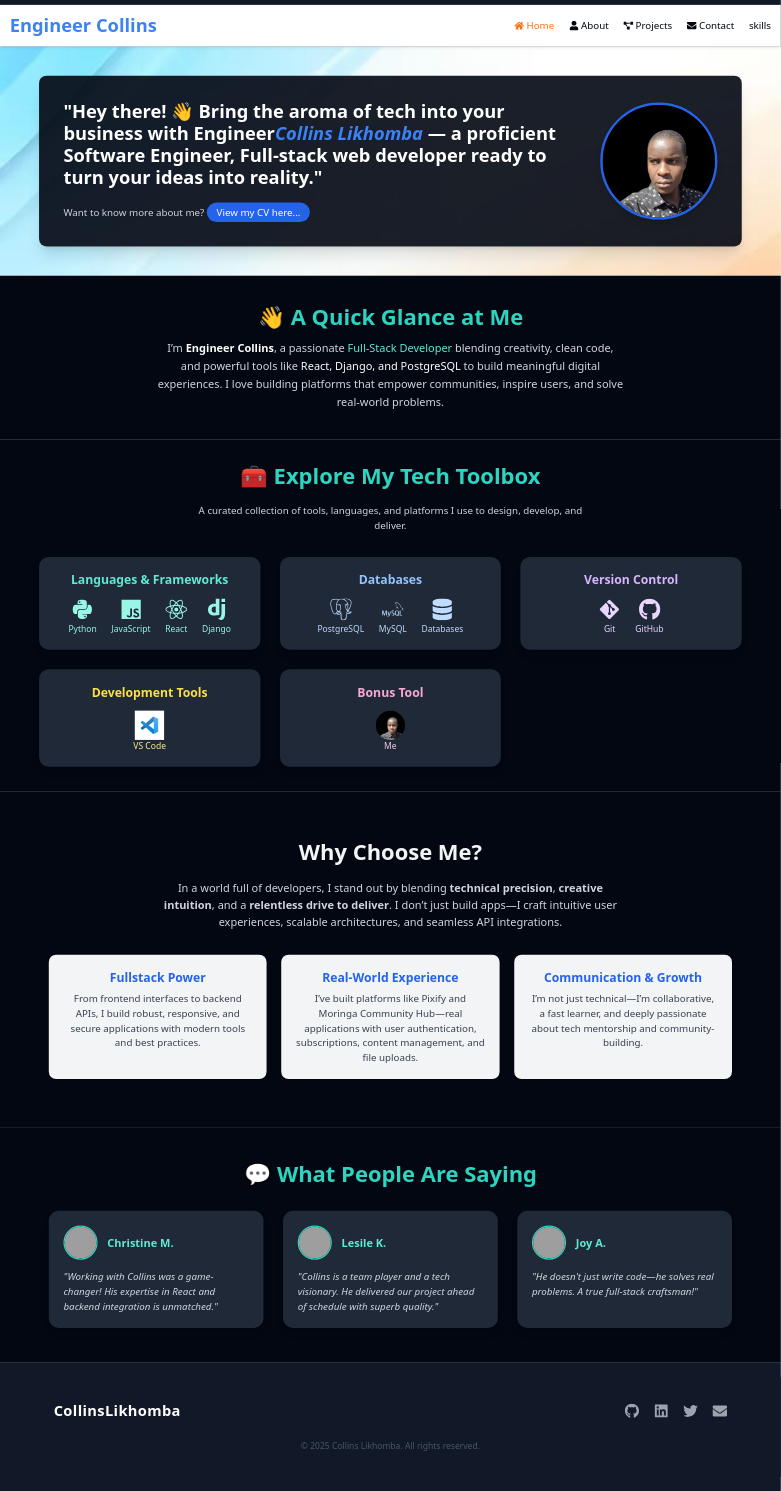
Repository: Engineer-collo/Portfolio
Page: /
These files come from the project's save history. The page is drawn as it stood at one moment and after the next save; the edit follows.
The browser window is 1280 px wide. The pictures show the whole page, at 61% of full size.
Pictures or frames that could not be fetched are drawn as grey boxes. The project was rebuilt for these pictures with package versions that can differ from the ones it lists, and the page was loaded fresh each time. Also part of the build but not shown: vite.config.js, src/pages/About.jsx, src/pages/Projects.jsx, src/pages/Contact.jsx, src/pages/Blog.jsx, src/pages/Skills.jsx.

Above is the page before, as saved 2025-06-10 18:28:43.

### index.html
<!DOCTYPE html>
<html lang="en">
<head>
  <meta charset="UTF-8">
  <meta name="viewport" content="width=device-width, initial-scale=1.0">
  <title>Portfolio</title>
</head>
<body class="bg-gray-100">
  <div id="root"></div>
  <script type="module" src="/src/main.jsx"></script>
</body>
</html>

### src/main.jsx
import React from 'react'
import ReactDOM from 'react-dom/client'
import './index.css'
import App from './App'

ReactDOM.createRoot(document.getElementById('root')).render(
  <React.StrictMode>
    <App />
  </React.StrictMode>,
)

### src/App.jsx
import { BrowserRouter as Router, Route, Routes } from "react-router-dom";
import HomePage from "./pages/HomePage";
import About from "./pages/About";
import Project from "./pages/Projects";
import Contact from "./pages/Contact";
import Blog from "./pages/Blog";
import Skills from "./pages/Skills";

function App() {
  return (
    <Router>

      <Routes>
        <Route path="/" element={<HomePage />} />
        <Route path="/about" element={<About />} />
        <Route path="/projects" element={<Project />} />
        <Route path="/contact" element={<Contact />} />
        <Route path="/skills" element={<Skills />} />
        <Route path="/blog" element={<Blog />} />


      </Routes>
    </Router>
  );
}

export default App;

### src/pages/HomePage.jsx
import React from 'react';
import Navbar from '../components/Navbar';
import Footer from './Footer';
import TechStackToolbox from './TechStackToolbox'
import Testimonials from './Testimonials';
import AboutMeSummary from './AboutMeSummary';


const HomePage = () => {
  return (
    <div className="text-gray-800 font-sans min-h-screen flex flex-col">
      {/* Navbar */}
      <header className="bg-gray-900 text-white shadow">
        <Navbar />
      </header>

      {/* Hero Section */}
      <section
        className="pt-12 pb-12 flex-grow flex justify-center items-center px-4
                   bg-[url('/bg.png')] bg-cover bg-center bg-no-repeat"
      >
        <div className="flex flex-col md:flex-row items-center
                        text-center md:text-left gap-10
                        bg-gray-950 bg-opacity-90 p-6 md:p-10 rounded-xl shadow-xl
                        max-w-6xl w-full">
          {/* Text Side */}
          <div className="flex-1">
            {/* <h2 className="text-4xl sm:text-5xl font-bold mb-4 text-white">
              Hi, I'm <span className="text-blue-500">Collins Likhomba</span>. 👋
            </h2>
            <p className="text-lg sm:text-xl text-gray-300 mb-6">
              A Fullstack Web Developer | React & Tailwind CSS Expert
            </p> */}
            <h1 className='text-white font-bold text-3xl'>
            "Hey there! 👋 Bring the aroma of tech into your business with Engineer
            <span><i className='text-blue-500'>Collins Likhomba</i></span> — a proficient Software Engineer, Full-stack web developer ready to turn your ideas into reality."


            </h1>
            <p className="pt-6  text-gray-300">
              Want to know more about me?&nbsp;
              <a
                href="https://my-cv-henna-beta.vercel.app/"
                className="inline-block bg-blue-600 text-white px-4 py-1 rounded-full hover:bg-blue-700 transition"
                target="_blank"
                rel="noopener noreferrer"
              >
                View my CV here...
              </a>
            </p>
          </div>

          {/* Image Side */}
          <div className="flex-shrink-0 w-36 h-36 sm:w-48 sm:h-48 rounded-full border-4 border-blue-600 shadow-lg overflow-hidden">
            <img
              src="/picture.png"
              alt="Profile"
              className="w-full h-full object-cover"
            />
          </div>
        </div>
      </section>

      <AboutMeSummary />
      <TechStackToolbox />

      {/* Why Choose Me Section */}
      <section className="bg-gray-950 py-20 px-6 md:px-20 text-center">
        <h2 className="text-4xl font-bold text-gray-100 mb-6">Why Choose Me?</h2>
        <p className="max-w-3xl mx-auto text-gray-300 text-lg mb-10">
          In a world full of developers, I stand out by blending <strong>technical precision</strong>,{" "}
          <strong>creative intuition</strong>, and a <strong>relentless drive to deliver</strong>. I don’t just build apps—I craft{" "}
          intuitive user experiences, scalable architectures, and seamless API integrations.
        </p>
        <div className="grid md:grid-cols-3 gap-6 max-w-6xl mx-auto">
          <div className="bg-gray-100 p-6 rounded-xl shadow hover:shadow-lg transition">
            <h3 className="text-xl font-semibold mb-2 text-blue-600">Fullstack Power</h3>
            <p className="text-gray-700">
              From frontend interfaces to backend APIs, I build robust, responsive, and secure applications
              with modern tools and best practices.
            </p>
          </div>
          <div className="bg-gray-100 p-6 rounded-xl shadow hover:shadow-lg transition">
            <h3 className="text-xl font-semibold mb-2 text-blue-600">Real-World Experience</h3>
            <p className="text-gray-700">
              I’ve built platforms like Pixify and Moringa Community Hub—real applications with user authentication,
              subscriptions, content management, and file uploads.
            </p>
          </div>
          <div className="bg-gray-100 p-6 rounded-xl shadow hover:shadow-lg transition">
            <h3 className="text-xl font-semibold mb-2 text-blue-600">Communication & Growth</h3>
            <p className="text-gray-700">
              I’m not just technical—I’m collaborative, a fast learner, and deeply passionate about tech mentorship
              and community-building.
            </p>
          </div>
        </div>
      </section>

      <Testimonials />

      {/* Footer */}
      <footer className="bg-gray-900 text-white text-center py-6 mt-auto">
        <Footer />
      </footer>
    </div>
  );
};

export default HomePage;

### src/components/Navbar.jsx
import React, { useState } from 'react';
import { Link } from 'react-router-dom';
import { FaBars, FaTimes, FaUser, FaProjectDiagram, FaEnvelope, FaHome } from 'react-icons/fa';

const Navbar = () => {
  const [isOpen, setIsOpen] = useState(false);

  const toggleMenu = () => setIsOpen(!isOpen);

  return (
    <header className="mt-2 bg-white shadow-md relative z-50">
      {/* <div className=' text-2xl pt-12 flex'>
      <img className='pl-12 h-8' src="/call.png" alt="Call Icon" />
         <h1 className='text-black'>
         <a target='_blank' href="tel:+254743250838" className="hover:underline">+254 743 250 838</a>
         </h1>
         <img className='pl-12 h-8' src="/email.png" alt="Call Icon" />
         <p className='text-black '>
         <a target='_blank' href="mailto:collinslikhomba@gmail.com" className="hover:underline">collinslikhomba@gmail.com</a>
          </p>
X      </div> */}
      <div className="max-w-7xl mx-auto px-4 py-4 flex justify-between items-center">
        <h1 className="text-3xl font-bold text-gray-950">
          <Link to="/" className="hover:text-blue-500 transition">
            <span className="text-blue-500">Engineer Collins</span>
          </Link>
        </h1>

        {/* Desktop nav */}
        <nav className="space-x-6 hidden md:flex text-gray-950">
          <Link to="/" className="flex items-center gap-1 hover:text-blue-500 transition text-orange-500"><FaHome /> Home</Link>
          <Link to="/about" className="flex items-center gap-1 hover:text-blue-500 transition"><FaUser /> About</Link>
          <Link to="/projects" className="flex items-center gap-1 hover:text-blue-500 transition"><FaProjectDiagram /> Projects</Link>
          <Link to="/contact" className="flex items-center gap-1 hover:text-blue-500 transition"><FaEnvelope /> Contact</Link>
          <Link to="/skills" className="flex items-center gap-1 hover:text-blue-500 transition"> skills</Link>

        </nav>

        {/* Mobile menu toggle */}
        <div className="md:hidden">
          <button onClick={toggleMenu} className="text-gray-950 focus:outline-none">
            {isOpen ? <FaTimes className="h-6 w-6" /> : <FaBars className="h-6 w-6" />}
          </button>
        </div>
      </div>

      {/* Mobile nav links */}
      {isOpen && (

        <div className="fixed top-0 left-0 h-screen w-3/4 bg-white z-50 shadow-lg px-6 py-8 md:hidden">
          <button onClick={toggleMenu} className="absolute top-4 right-4 text-gray-950">
            <FaTimes className="h-6 w-6" />
          </button>
          <nav className="space-y-6 mt-10 text-gray-950 text-lg">
            <Link to="/" onClick={toggleMenu} className="flex items-center gap-2 hover:text-blue-500"><FaHome /> Home</Link>
            <Link to="/about" onClick={toggleMenu} className="flex items-center gap-2 hover:text-blue-500"><FaUser /> About</Link>
            <Link to="/projects" onClick={toggleMenu} className="flex items-center gap-2 hover:text-blue-500"><FaProjectDiagram /> Projects</Link>
            <Link to="/contact" onClick={toggleMenu} className="flex items-center gap-2 hover:text-blue-500"><FaEnvelope /> Contact</Link>
          </nav>
        </div>
      )}
    </header>
  );
};

export default Navbar;

### src/pages/Footer.jsx
import React from 'react';
import { FaGithub, FaLinkedin, FaTwitter, FaEnvelope } from 'react-icons/fa';

const Footer = () => {
  return (
    <footer className="bg-gray-900 text-gray-300 py-10">
      <div className="max-w-6xl mx-auto px-6 flex flex-col md:flex-row justify-between items-center space-y-6 md:space-y-0">

        {/* Logo or Name */}
        <div className="text-white text-2xl font-bold tracking-wide">
          CollinsLikhomba
        </div>


        {/* Social Icons */}
        <div className="flex space-x-6 text-gray-400">
          <a
            href="https://github.com/Engineer-collo?tab=repositories"
            target="_blank"
            rel="noopener noreferrer"
            aria-label="GitHub"
            className="hover:text-white transition"
          >
            <FaGithub size={24} />
          </a>
          <a
            href="https://www.linkedin.com/in/collins-likhomba-7b364730a/"
            target="_blank"
            rel="noopener noreferrer"
            aria-label="LinkedIn"
            className="hover:text-blue-600 transition"
          >
            <FaLinkedin size={24} />
          </a>
          <a
            href="https://x.com/CollinsLikhomba"
            target="_blank"
            rel="noopener noreferrer"
            aria-label="Twitter"
            className="hover:text-blue-400 transition"
          >
            <FaTwitter size={24} />
          </a>
          <a
            href="mailto:collinslikhomba@gmail.com"
            aria-label="Email"
            className="hover:text-red-500 transition"
            target='_blank'
          >
            <FaEnvelope size={24} />
          </a>
        </div>
      </div>

      {/* Bottom copyright */}
      <div className="text-center text-gray-600 text-sm mt-8">
        &copy; {new Date().getFullYear()} Collins Likhomba. All rights reserved.
      </div>
    </footer>
  );
};

export default Footer;

### src/pages/TechStackToolbox.jsx
import {
    FaPython,
    FaJs,
    FaReact,
    FaGitAlt,
    FaGithub,
    FaDatabase,
  } from "react-icons/fa";
  import {
    SiDjango,
    SiPostgresql,
    SiMysql,

  } from "react-icons/si";

  export default function TechStackToolbox() {
    return (
      <div className="bg-gray-950 text-white py-10 px-6 md:px-16">
        <h2 className="text-3xl md:text-4xl font-bold mb-6 text-center text-teal-400">
          🧰 Explore My Tech Toolbox
        </h2>
        <p className="text-center mb-10 text-gray-300 max-w-2xl mx-auto">
          A curated collection of tools, languages, and platforms I use to design,
          develop, and deliver.
        </p>

        <div className="grid grid-cols-1 md:grid-cols-2 lg:grid-cols-3 gap-8 text-center">

          {/* Languages & Frameworks */}
          <div className="bg-gray-800 rounded-2xl p-6 shadow-lg hover:shadow-teal-500/30 transition">
            <h3 className="text-xl font-semibold mb-4 text-teal-300">
              Languages & Frameworks
            </h3>
            <div className="flex justify-center gap-6 text-teal-200">
              <div className="flex flex-col items-center text-sm">
                <FaPython className="text-4xl mb-1" />
                <span>Python</span>
              </div>
              <div className="flex flex-col items-center text-sm">
                <FaJs className="text-4xl mb-1" />
                <span>JavaScript</span>
              </div>
              <div className="flex flex-col items-center text-sm">
                <FaReact className="text-4xl mb-1" />
                <span>React</span>
              </div>
              <div className="flex flex-col items-center text-sm">
                <SiDjango className="text-4xl mb-1" />
                <span>Django</span>
              </div>
            </div>
          </div>

          {/* Databases */}
          <div className="bg-gray-800 rounded-2xl p-6 shadow-lg hover:shadow-blue-500/30 transition">
            <h3 className="text-xl font-semibold mb-4 text-blue-300">Databases</h3>
            <div className="flex justify-center gap-6 text-blue-200">
              <div className="flex flex-col items-center text-sm">
                <SiPostgresql className="text-4xl mb-1" />
                <span>PostgreSQL</span>
              </div>
              <div className="flex flex-col items-center text-sm">
                <SiMysql className="text-4xl mb-1" />
                <span>MySQL</span>
              </div>
              <div className="flex flex-col items-center text-sm">
                <FaDatabase className="text-4xl mb-1" />
                <span>Databases</span>
              </div>
            </div>
          </div>

          {/* Version Control */}
          <div className="bg-gray-800 rounded-2xl p-6 shadow-lg hover:shadow-purple-500/30 transition">
            <h3 className="text-xl font-semibold mb-4 text-purple-300">
              Version Control
            </h3>
            <div className="flex justify-center gap-6 text-purple-200">
              <div className="flex flex-col items-center text-sm">
                <FaGitAlt className="text-4xl mb-1" />
                <span>Git</span>
              </div>
              <div className="flex flex-col items-center text-sm">
                <FaGithub className="text-4xl mb-1" />
                <span>GitHub</span>
              </div>
            </div>
          </div>

          {/* Development Tools */}
          <div className="bg-gray-800 rounded-2xl p-6 shadow-lg hover:shadow-yellow-500/30 transition">
            <h3 className="text-xl font-semibold mb-4 text-yellow-300">
              Development Tools
            </h3>
            <div className="flex justify-center gap-6 text-yellow-200">
              <div className="flex flex-col items-center text-sm">
                <img className="h-12" src="/vscode.png" alt="Vscode icon" />
                <span>VS Code</span>
              </div>
            </div>
          </div>

          {/* Bonus Tool */}
          <div className="bg-gray-800 rounded-2xl p-6 shadow-lg hover:shadow-pink-500/30 transition">
            <h3 className="text-xl font-semibold mb-4 text-pink-300">Bonus Tool</h3>
            <div className="flex justify-center gap-6 text-pink-200">
              <div className="flex flex-col items-center text-sm">
                <img
                  className="h-12 w-12 rounded-full object-cover"
                  src="picture.png"
                  alt="Profile"
                />
                <span>Me</span>
              </div>
            </div>
          </div>

        </div>
      </div>
    );
  }

### src/pages/Testimonials.jsx
export default function Testimonials() {
    const testimonials = [
      {
        name: "Christine M.",
        content: "Working with Collins was a game-changer! His expertise in React and backend integration is unmatched.",
        profile_pic: "https://randomuser.me/api/portraits/women/68.jpg",
      },
      {
        name: "Lesile K.",
        content: "Collins is a team player and a tech visionary. He delivered our project ahead of schedule with superb quality.",
        profile_pic: "https://randomuser.me/api/portraits/men/45.jpg",
      },
      {
        name: "Joy A.",
        content: "He doesn't just write code—he solves real problems. A true full-stack craftsman!",
        profile_pic: "https://randomuser.me/api/portraits/women/22.jpg",
      },
    ];

    return (
      <div className="bg-gray-950 text-white py-14 px-6 md:px-20">
        <h2 className="text-3xl md:text-4xl font-bold mb-10 text-center text-teal-400">
          💬 What People Are Saying
        </h2>

        <div className="grid grid-cols-1 md:grid-cols-2 lg:grid-cols-3 gap-8">
          {testimonials.map((testimonial, index) => (
            <div
              key={index}
              className="bg-gray-800 p-6 rounded-2xl shadow-lg hover:shadow-teal-500/30 transition transform hover:-translate-y-1 duration-300"
            >
              <div className="flex items-center gap-4 mb-4">
                <img
                  src={testimonial.profile_pic}
                  alt={testimonial.name}
                  className="w-14 h-14 rounded-full border-2 border-teal-400 object-cover"
                />
                <div>
                  <h4 className="text-lg font-semibold text-teal-300">{testimonial.name}</h4>
                </div>
              </div>
              <p className="text-gray-300 italic">"{testimonial.content}"</p>
            </div>
          ))}
        </div>
      </div>
    );
  }

### src/pages/AboutMeSummary.jsx
import React from 'react';

export default function AboutMeSummary() {
  return (
    <section className="bg-gray-950 text-white py-12 px-6 md:px-20 text-center">
      <div className="max-w-3xl mx-auto">
        <h2 className="text-3xl md:text-4xl font-bold text-teal-400 mb-4">
          👋 A Quick Glance at Me
        </h2>
        <p className="text-gray-300 text-lg leading-relaxed">
          I’m <span className="text-white font-semibold">Engineer Collins</span>, a passionate
          <span className="text-teal-300 font-medium"> Full-Stack Developer</span> blending creativity,
          clean code, and powerful tools like
          <span className="text-white font-medium"> React, Django, and PostgreSQL</span> to build
          meaningful digital experiences. I love building platforms that empower communities, inspire users,
          and solve real-world problems.
        </p>
      </div>
    </section>
  );
}

Loaded but not shown: src/index.css (common file); tailwind.config.js (common file)

After the next save:
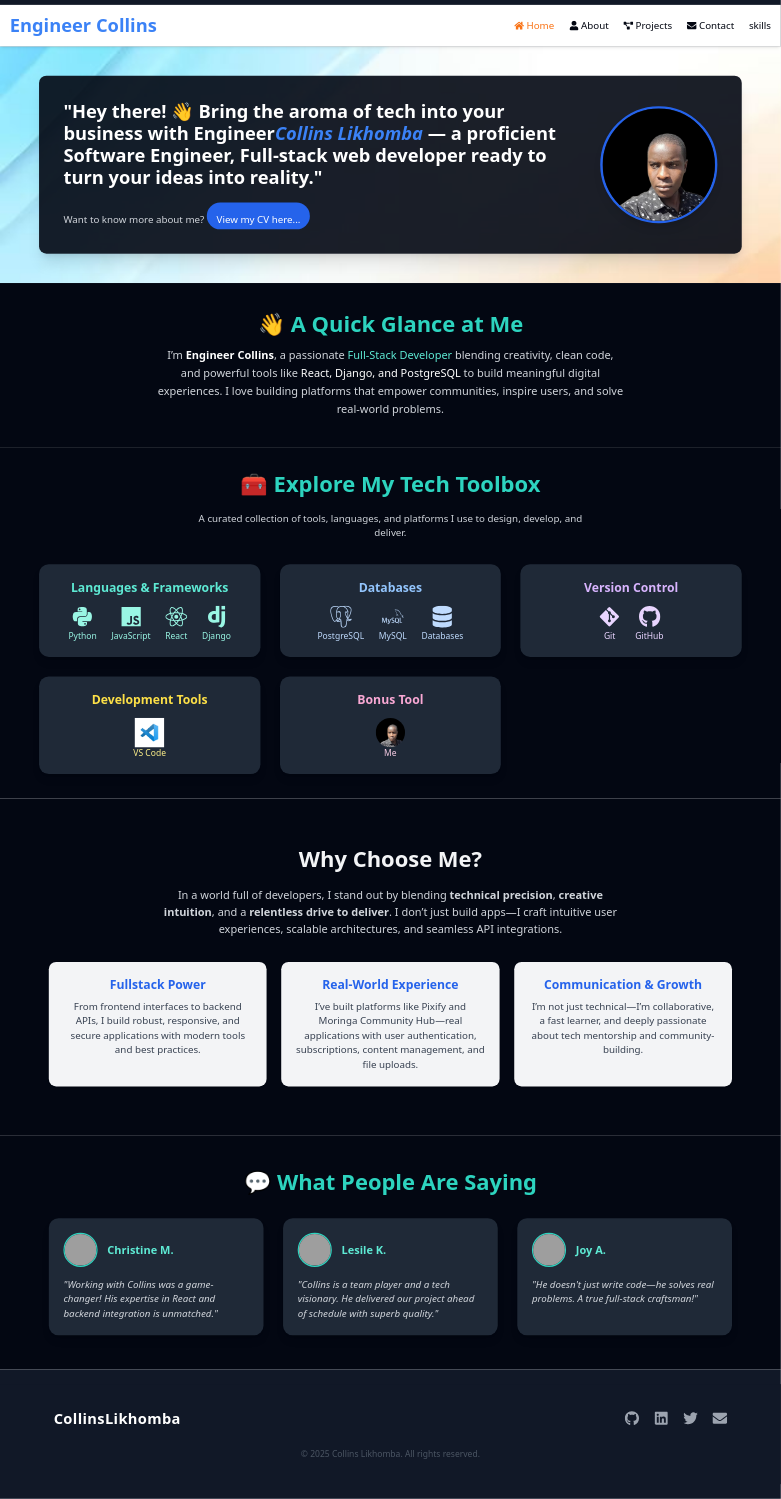
Saved 32 s later.
--- a/src/pages/HomePage.jsx
+++ b/src/pages/HomePage.jsx
@@ -41,7 +41,7 @@ const HomePage = () => {
               Want to know more about me?&nbsp;
               <a
                 href="https://my-cv-henna-beta.vercel.app/"
-                className="inline-block bg-blue-600 text-white px-4 py-1 rounded-full hover:bg-blue-700 transition"
+                className=" pt-4 inline-block bg-blue-600 text-white px-4 py-1 rounded-full hover:bg-blue-700 transition"
                 target="_blank"
                 rel="noopener noreferrer"
               >
